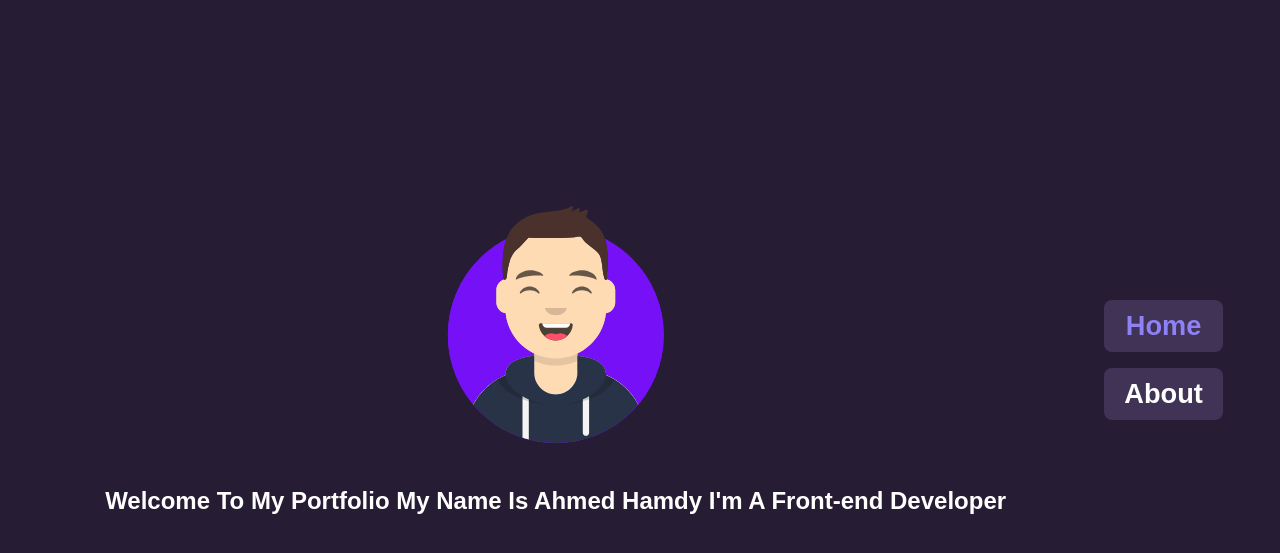
Repository: ahamdy997/portfolio
Page: /
An editor plug-in stored every save of this project. The page is shown before and after the next save, followed by the edit.
The browser window is 1280 px wide. The pictures show the whole page.
The project was rebuilt for these pictures with package versions that can differ from the ones it lists, and the page was loaded fresh each time. Also part of the build but not shown: vue.config.js.

Above is the page before, as saved 2023-11-05 23:08:01.

After the next save:
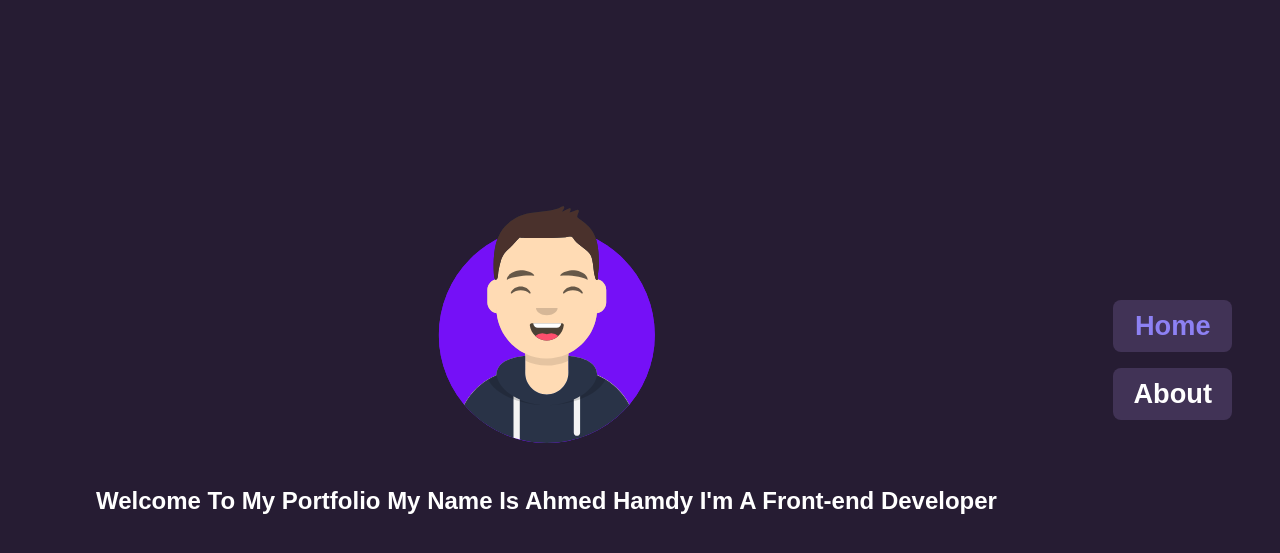
Saved 44 s later.
--- a/src/App.vue
+++ b/src/App.vue
@@ -27,7 +27,7 @@
 .flex {
   display: flex;
   align-items: center;
-  justify-content: space-around;
+  justify-content: space-between;
   padding: 3rem;
   gap: 5rem;
   width: 100%;
@@ -42,7 +42,6 @@ nav {
   display: flex;
   flex-direction: column;
   gap: 1rem;
-  margin-right: 0%;
 }
 body {
   font-family: sans-serif;
